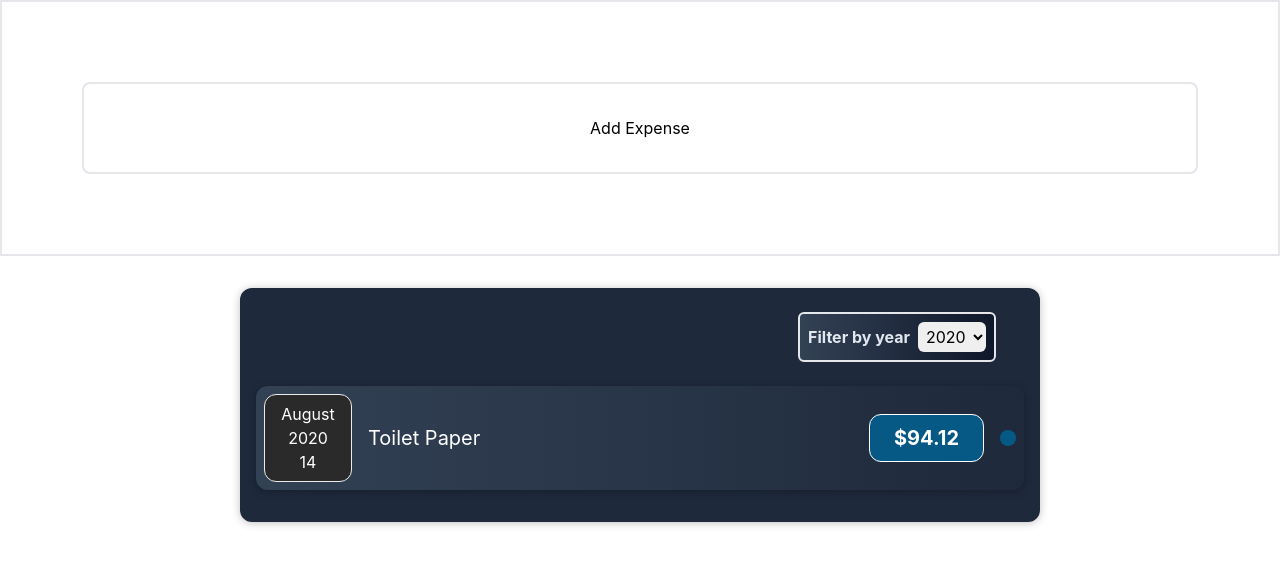
Repository: Sef24/expense-tracker
Page: /
These files come from the project's save history. The page is drawn as it stood at one moment and after the next save; the edit follows.
The browser window is 1280 px wide. The pictures show the whole page.
The project was rebuilt for these pictures with package versions that can differ from the ones it lists, and the page was loaded fresh each time. Also part of the build but not shown: src/components/NewExpense/NewExpense.css, src/components/NewExpense/ExpenseForm.css, src/components/NewExpense/ExpenseForm.js.

Above is the page before, as saved 2022-05-03 16:32:26.

### public/index.html
<!DOCTYPE html>
<html lang="en">
  <head>
    <meta charset="utf-8" />
    <link rel="icon" href="%PUBLIC_URL%/favicon.ico" />
    <meta name="viewport" content="width=device-width, initial-scale=1" />

    <meta
      name="description"
      content="Web site created using create-react-app"
    />
    <link rel="apple-touch-icon" href="%PUBLIC_URL%/logo192.png" />
    <!--
      manifest.json provides metadata used when your web app is installed on a
      user's mobile device or desktop. See https://developers.google.com/web/fundamentals/web-app-manifest/
    -->
    <link rel="manifest" href="%PUBLIC_URL%/manifest.json" />
    <!--
      Notice the use of %PUBLIC_URL% in the tags above.
      It will be replaced with the URL of the `public` folder during the build.
      Only files inside the `public` folder can be referenced from the HTML.

      Unlike "/favicon.ico" or "favicon.ico", "%PUBLIC_URL%/favicon.ico" will
      work correctly both with client-side routing and a non-root public URL.
      Learn how to configure a non-root public URL by running `npm run build`.
    -->
    <title>React App</title>
  </head>
  <body>
    <noscript>You need to enable JavaScript to run this app.</noscript>
    <div id="root"></div>
    <!--
      This HTML file is a template.
      If you open it directly in the browser, you will see an empty page.

      You can add webfonts, meta tags, or analytics to this file.
      The build step will place the bundled scripts into the <body> tag.

      To begin the development, run `npm start` or `yarn start`.
      To create a production bundle, use `npm run build` or `yarn build`.
    -->
  </body>
</html>

### src/App.js
import Expenses from "./components/Expenses";
import NewExpense from "./components/NewExpense/NewExpense";
import { useState } from "react";

const DUMMY_DATA = [
  {
    id: "e1",
    title: "Toilet Paper",
    amount: 94.12,
    date: new Date(2020, 7, 14),
  },
  { id: "e2", title: "New TV", amount: 799.49, date: new Date(2021, 2, 12) },
  {
    id: "e3",
    title: "Car Insurance",
    amount: 294.67,
    date: new Date(2021, 2, 28),
  },
  {
    id: "e4",
    title: "New Desk (Wooden)",
    amount: 450,
    date: new Date(2021, 5, 12),
  },
];

function App() {
  const [expenses, setExpenses] = useState(DUMMY_DATA);

  const addExpenseHandler = (expense) => {
    setExpenses((prevExpenses) => {
      return [expense, ...prevExpenses];
    });
  };
  return (
    <div>
      <div>
        <NewExpense onAddExpense={addExpenseHandler} />
        <Expenses items={expenses} />
      </div>
    </div>
  );
}

export default App;

### src/components/Expenses.js
import React, { useState } from "react";
import ExpenseItem from "./ExpenseItem";
import "./Expenses.css";
import ExpensesList from "./ExpensesList";
import ExpensesFilter from "./NewExpense/ExpensesFilter";

function Expenses(props) {
  const [filteredYear, setFilteredYear] = useState("2020");

  const filterChangeHandler = (selectedYear) => {
    setFilteredYear(selectedYear);
  };

  const filteredExpenses = props.items.filter((expense) => {
    return expense.date.getFullYear().toString() === filteredYear;
  });

  return (
    <div>
      <div className="expenses  bg-slate-800 ... ">
        <ExpensesFilter
          selected={filteredYear}
          onChangeFilter={filterChangeHandler}
        />
        <ExpensesList items={filteredExpenses} />
      </div>
    </div>
  );
}

export default Expenses;

### src/components/NewExpense/NewExpense.js
import React from "react";
import "./NewExpense.css";
import ExpenseForm from "./ExpenseForm";
import { useState } from "react";

function NewExpense(props) {
  const [isEditing, setIsEditing] = useState(false);

  const saveExpenseDataHandler = (enteredExpenseData) => {
    const expenseData = {
      ...enteredExpenseData,
      id: Math.random().toString(),
    };

    props.onAddExpense(expenseData);
    setIsEditing(false);
  };

  const startEditingHandler = () => {
    setIsEditing(true);
  };

  const stopEditingHandler = () => {
    setIsEditing(false);
  };

  return (
    <div className="flex w-full p-20 items-center justify-center border-2">
      {!isEditing && (
        <button
          onClick={startEditingHandler}
          className="flex w-full items-center justify-center border-2 p-8 rounded-lg"
        >
          Add Expense
        </button>
      )}
      {isEditing && (
        <ExpenseForm
          onSaveExpenseData={saveExpenseDataHandler}
          onCancel={stopEditingHandler}
        />
      )}
    </div>
  );
}

export default NewExpense;

### src/components/ExpenseItem.js
import React, { useState } from "react";
import "./ExpenseItem.css";
import ExpenseDate from "./ExpenseDate";

function ExpenseItem(props) {
  const [title, setTitle] = useState(props.title);

  const clickHandler = () => {
    setTitle("Updated");
    console.log(title);
  };

  return (
    <li>
      <div className="expense-item bg-gradient-to-r  from-slate-700  to-slate-800 ... border-x-cyan-100 ">
        <ExpenseDate date={props.date} />

        <div className="expense-item__description">
          <h2>{props.title}</h2>

          <div className="expense-item__price bg-sky-800">${props.amount}</div>
        </div>
        <button
          className="p-2 ml-4 border-transparent rounded-full border-0
        bg-sky-800 font-bold text-slate-50"
          onClick={clickHandler}
        ></button>
      </div>
    </li>
  );
}

export default ExpenseItem;

### src/components/Expenses.css
.expenses {
  padding: 1rem;

  margin: 2rem auto;
  width: 50rem;
  max-width: 95%;
  border-radius: 12px;
  box-shadow: 0 1px 8px rgba(0, 0, 0, 0.25);
}

### src/components/ExpensesList.js
import React from "react";

import ExpenseItem from "./ExpenseItem";

const ExpensesList = (props) => {
  if (props.items.length === 0) {
    return (
      <h2 className="text-white font-extrabold text-xl flex items-center justify-center">
        Found no expenses...
      </h2>
    );
  }

  return (
    <ul>
      {props.items.map((expense) => (
        <ExpenseItem
          key={expense.id}
          id={expense.id}
          title={expense.title}
          amount={expense.amount}
          date={expense.date}
        />
      ))}
    </ul>
  );
};

export default ExpensesList;

### src/components/NewExpense/ExpensesFilter.js
import React from "react";

const ExpensesFilter = (props) => {
  const dropdownChangeHandler = (event) => {
    props.onChangeFilter(event.target.value);
  };
  return (
    <div className="">
      <div className="flex justify-end p-2 mr-5 ">
        <div
          className="border-2  rounded-md border-inherit p-2 ml-6
        bg-gradient-to-r from-slate-700 to-slate-900 ..."
        >
          <label className="text-slate-200 font-bold mr-2">
            Filter by year
          </label>
          <select
            value={props.selected}
            onChange={dropdownChangeHandler}
            className="rounded-md p-1"
          >
            <option value="2022">2022</option>
            <option value="2021">2021</option>
            <option value="2020">2020</option>
            <option value="2019">2019</option>
          </select>
        </div>
      </div>
    </div>
  );
};

export default ExpensesFilter;

### src/components/ExpenseItem.css
.expense-item {
  display: flex;
  justify-content: space-between;
  align-items: center;
  box-shadow: 0 2px 8px rgba(0, 0, 0, 0.25);
  padding: 0.5rem;
  margin: 1rem 0;
  border-radius: 12px;
}

.expense-item__description {
  display: flex;
  flex-direction: column;
  gap: 1rem;
  align-items: flex-end;
  flex-flow: column-reverse;
  justify-content: flex-start;
  flex: 1;
}

.expense-item h2 {
  color: #3a3a3a;
  font-size: 1rem;
  flex: 1;
  margin: 0 1rem;
  color: white;
}

.expense-item__price {
  font-size: 1rem;
  font-weight: bold;
  color: white;

  border: 1px solid white;
  padding: 0.5rem;
  border-radius: 12px;
}

@media (min-width: 580px) {
  .expense-item__description {
    flex-direction: row;
    align-items: center;
    justify-content: flex-start;
    flex: 1;
  }

  .expense-item__description h2 {
    font-size: 1.25rem;
  }

  .expense-item__price {
    font-size: 1.25rem;
    padding: 0.5rem 1.5rem;
  }
}

### src/components/ExpenseDate.js
import React from "react";
import "./ExpenseDate.css";

function ExpenseDate(props) {
  const month = props.date.toLocaleString("en-US", { month: "long" });
  const day = props.date.getDate();
  const year = props.date.getFullYear();

  return (
    <div className="expense-date">
      <div className="expense__month">{month}</div>
      <div className="expense__year">{year}</div>
      <div className="expense__day">{day}</div>
    </div>
  );
}

export default ExpenseDate;

Loaded but not shown: src/index.js (common file); src/index.css (common file); src/components/ExpenseDate.css (common file); tailwind.config.js (common file)

After the next save:
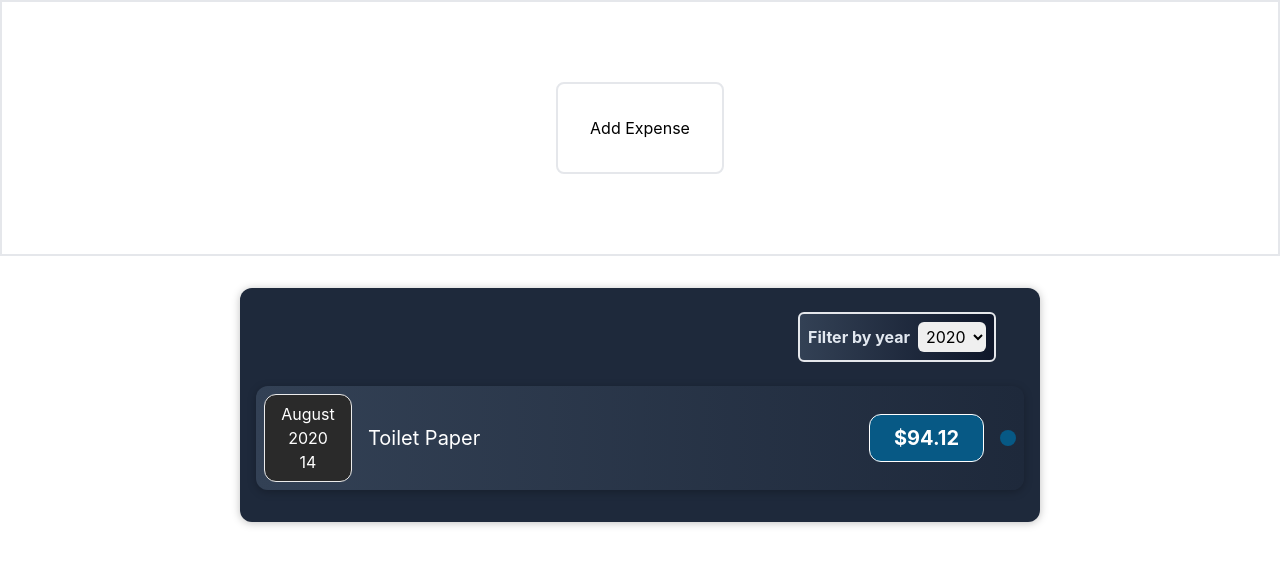
Saved 4 s later.
--- a/src/components/NewExpense/NewExpense.js
+++ b/src/components/NewExpense/NewExpense.js
@@ -29,7 +29,7 @@ function NewExpense(props) {
       {!isEditing && (
         <button
           onClick={startEditingHandler}
-          className="flex w-full items-center justify-center border-2 p-8 rounded-lg"
+          className="flex items-center justify-center border-2 p-8 rounded-lg"
         >
           Add Expense
         </button>
